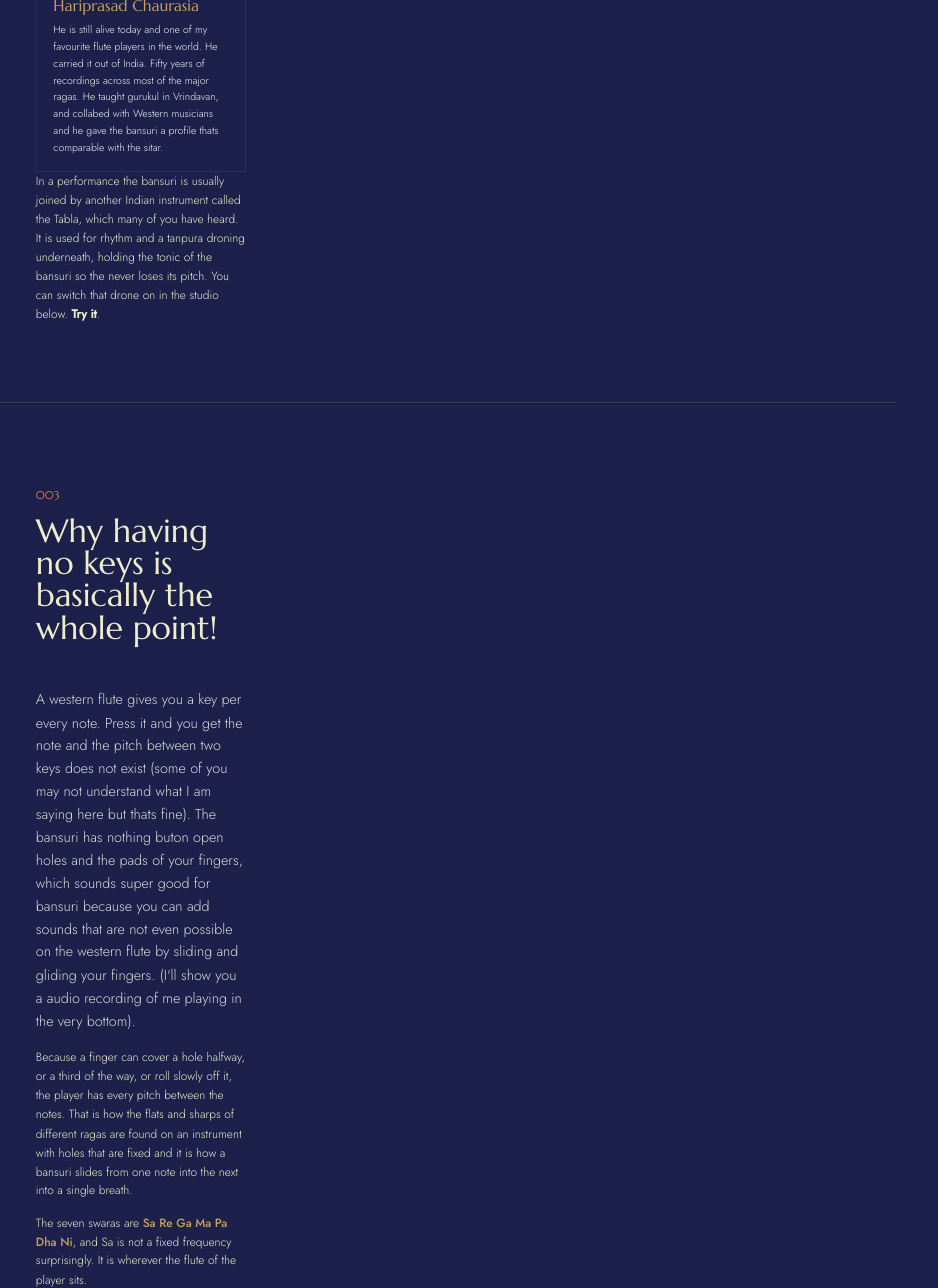
Repository: manayparikh1/Bansi
Page: index.html
The author's editor kept a copy of each file at every save. The page is drawn from the files as they stood at one save, then again after the next save.
The browser window is 1280 px wide. The page is 1340 px wide, so the pictures cover 1340 px, including what lies to the right of the window. The pictures show the part of the page from y = 3626 to 5466 px (the page is 6938 px tall before and 7023 px after), at 70% of full size.

Above is the page before, as saved 2026-09-23 15:45:21.

After the next save:
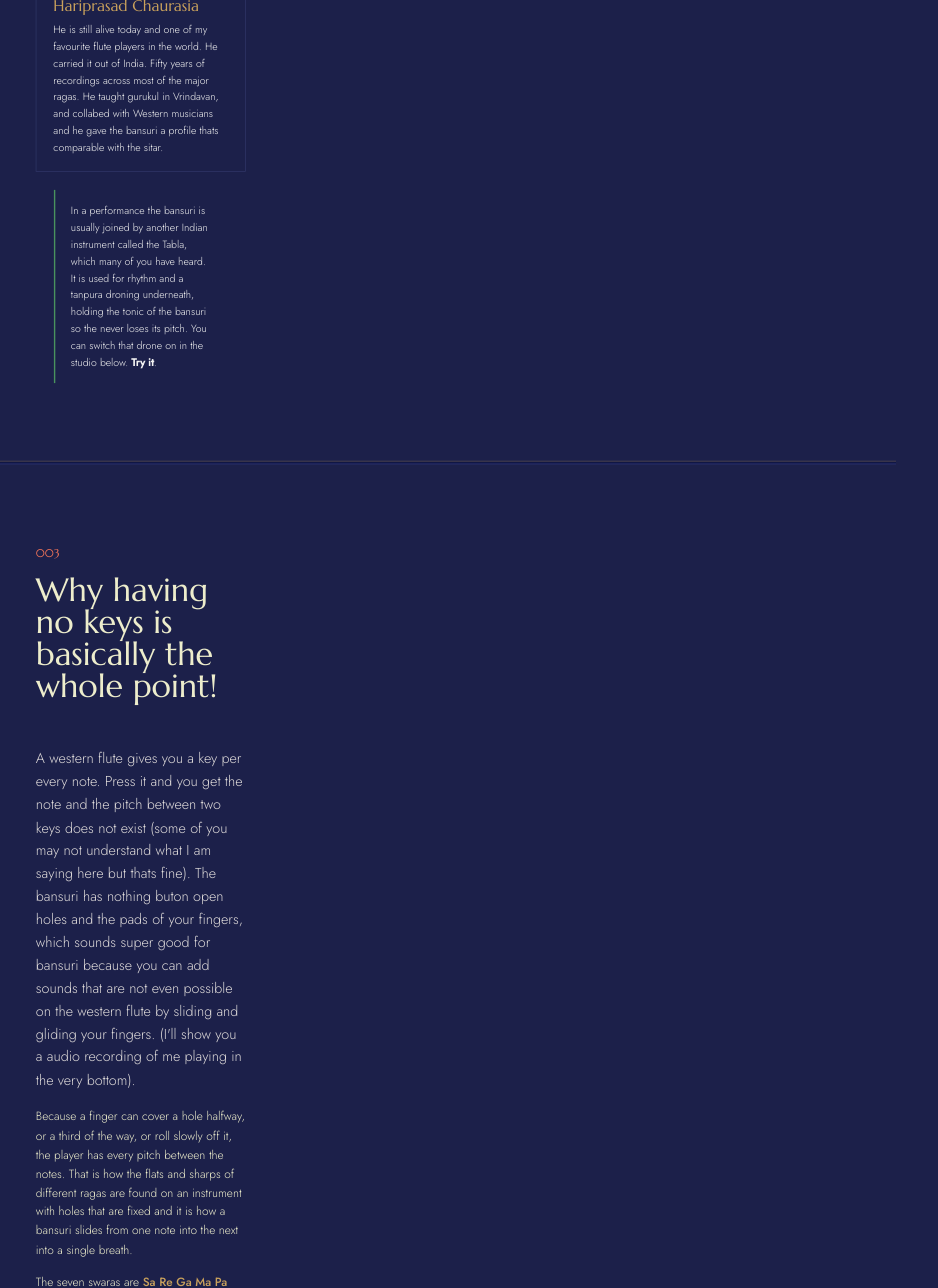
Saved 23 h 27 min later.
--- a/index.html
+++ b/index.html
@@ -137,7 +137,7 @@
                         </p>
                     </div>
                 </div>
-                <p class="+">
+                <p class="tabla">
                     In a performance the bansuri is usually joined by another Indian instrument called the Tabla, which
                     many of you have heard. It is used for rhythm and a tanpura droning underneath, holding the tonic of
                     the bansuri so the never loses its pitch. You can switch that drone on in the studio below.
@@ -266,7 +266,7 @@
     </div>
     </footer>
     <!-- above is gonna be the footer -->
-    <script src="app.js"></script>
+    <script src="script.js"></script>
 </body>
 
 </html>
